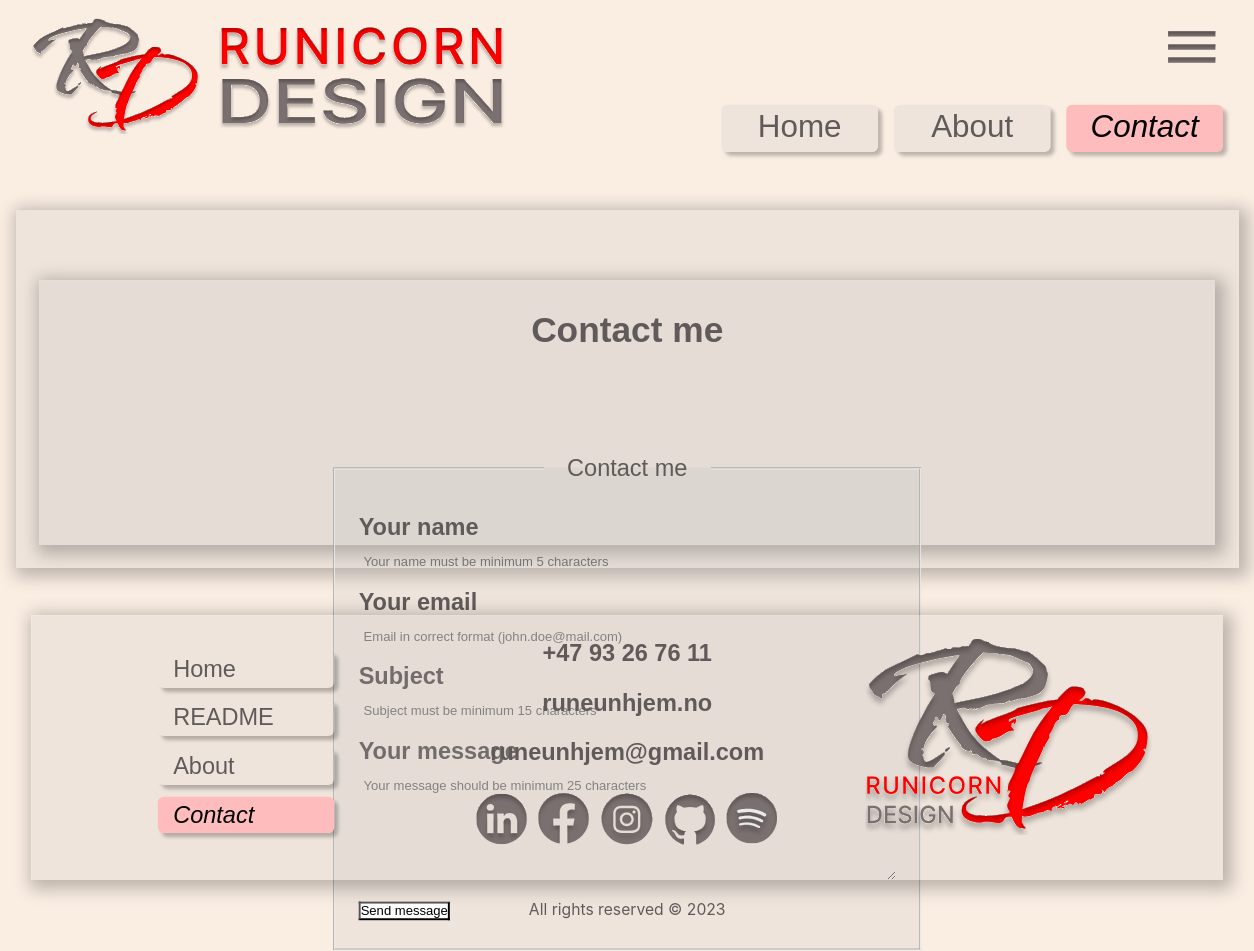
Repository: runeunhjem/portfolio1-ca
Page: contact.html
These files come from the project's save history. The page is drawn as it stood at one moment and after the next save; the edit follows.
The browser window is 1280 px wide. The pictures show the whole page, at 98% of full size.
Some web fonts or font styles are not loaded; a fallback is used. The style sheet was rebuilt from its Sass, Less or Tailwind sources for each picture, by a compiler version that may differ from the author's.

Above is the page before, as saved 2023-06-08 06:11:54.

### contact.html
<!DOCTYPE html>
<html lang="en">
<head>
  <meta charset="UTF-8">
  <meta http-equiv="X-UA-Compatible" content="IE=edge">
  <meta name="viewport" content="width=device-width, initial-scale=1.0">
  <meta name="keywords" content="Works, Projects, Overviev, About me, Rune Unhjem, Runicorn Design, Front End Developer">
  <meta name="description" content="Portfolio 1, Course Assignment, Contact informationm, Contact Rune Unhjem">
  <link rel="stylesheet" href="css/styles.css">
  <!-- <link rel="stylesheet" href="css/carousel.css"> -->
  <link rel="stylesheet" href="css/contact.css">
  <link rel="stylesheet" href="css/footer.css">
  <link rel="stylesheet" href="css/media-queries.css">
  <link rel="shortcut icon" href="favicon.ico" type="image/x-icon">
  <script src="js/script.js" defer></script>
  <script src="js/contact.js" type="module"></script>
  <title>Portfolio 1 - Contact Me</title>
</head>
<body class="flex-column">
  <header class="header flex">
    <a class="header-left flex" href="index.html">
    <div class="flex">
        <span class="out-of-view">Runicorn Design</span>
      </div>
    </a>
    <div class="header-right flex-column">
      <nav class="hamburger flex"></nav>
      <nav class="navbar flex">
        <button class="nav-button">Home</button>
        <button class="nav-button">About</button>
        <button class="nav-button active">Contact</button>
      </nav>
    </div>
  </header>
  <main class="contact flex-column">
    <section class="intro flex contact-form">
      <h1 class="flex header">Contact me</h1>
      <!-- [contact-form-7 id="158" title="Chef's Teable Contact Form"] -->
      <fieldset class="contact-fieldset flex-column">
        <legend class="contact-legend">Contact me</legend>
        <form class="contact-form" id="contact-form" method="post">
          <div class="form-label-error">
            <div class="label-error-wrapper">
              <label for="your-name">Your name</label>
              <div class="error-message" id="name-input-error">Your name must be minimum 5 characters</div>
            </div>
            <input type="text" id="your-name" name="your-name" aria-required="true" aria-label="Name" placeholder="Your name must be minimum 5 characters">
          </div>
          <div class="form-label-error">
            <div class="label-error-wrapper">
              <label for="your-email">Your email</label>
              <div class="error-message" id="email-input-error">Email must be in correct format</div>
            </div>
            <input type="email" id="your-email" name="your-email" aria-required="true" aria-label="Correctly formatted Email" placeholder="Email in correct format (john.doe@mail.com)">
          </div>
          <div class="form-label-error">
            <div class="label-error-wrapper">
              <label for="your-subject">Subject</label>
              <div class="error-message" id="subject-input-error">Subject must be minimum 15 characters</div>
            </div>
            <input type="text" id="your-subject" name="your-subject" aria-required="true" aria-label="Subject" placeholder="Subject must be minimum 15 characters">
          </div>
          <div class="form-label-error">
            <div class="label-error-wrapper">
              <label for="your-message">Your message</label>
              <div class="error-message" id="message-input-error">Message must be minimum 25 characters</div>
            </div>
            <textarea id="your-message" name="your-message" aria-required="true" aria-label="Your message should be minimum 25 characters" placeholder="Your message should be minimum 25 characters"></textarea>
          </div>
          <button type="submit" class="post-comment" id="send-message" name="Submit">Send message</button>
          <div class="success comment-posted" id="message-sent"></div>
        </form>
      </fieldset>
    </section>

  </main>
  <footer class="footer-container flex" id="footer-container">
    <div class="footer-left flex-column">
      <nav class="footer-nav" aria-label="Footer navigation">
        <ul class="footer-links">
          <li class=" menu-item flex">
            <a class="link-reset" href="index.html">Home</a>
          </li>
          <li class=" menu-item flex">
            <a class="link-reset" href="https://github.com/runeunhjem/portfolio1-ca/blob/main/README.md">README</a>
          </li>
          <li class=" menu-item flex">
            <a class="link-reset" href="about.html">About</a>
          </li>
          <li class=" menu-item flex">
            <a class="link-reset active" href="contact.html">Contact</a>
          </li>
        </ul>
      </nav>
    </div>
    <div class="footer-center flex-column">
      <p id="phone"><a class="phone link-reset" href="tel:+4793267611">+47 93 26 76 11</a></p>
      <p id="weblink"><a class="weblink link-reset" href="https://www.runeunhjem.no">runeunhjem.no</a></p>
      <p id="mail"><a class="mail link-reset" href="mailto:runeunhjem@gmail.com">runeunhjem@gmail.com</a></p>
      <div class="social flex">
        <a class="link-reset" href="https://www.linkedin.com/in/runeunhjem/" target="_blank">
          <span class="out-of-view">LinkedIn</span>
          <img class="social-icon linkedin-icon" src="images/ico-linkedin.svg" alt="LinkedIn">
        </a>
        <a class="link-reset" href="https://www.facebook.com/runeunhjem" target="_blank">
          <span class="out-of-view">Facebook</span>
          <img class="social-icon facebook-icon" src="images/ico-facebook.svg" alt="Facebook">
        </a>
        <a class="link-reset" href="https://www.instagram.com/runeunhjem/" target="_blank">
          <span class="out-of-view">Instagram</span>
          <img class="social-icon instagram-icon" src="images/ico-instagram.svg" alt="Instagram">
        </a>
        <a class="link-reset" href="https://www.github.com/runeunhjem/" target="_blank">
          <span class="out-of-view">GitHub</span>
          <img class="social-icon github-icon" src="images/ico-github.svg" alt="GitHub">
        </a>
        <a class="link-reset" href="https://open.spotify.com/artist/56ZSG2Q1JKydX5X9rTZxrq?si=787xAZCQT2yu8PKN5Dhopw" target="_blank">
          <span class="out-of-view">Spotify</span>
          <img class="social-icon spotify-icon" src="images/ico-spotify.svg" alt="Spotify">
        </a>
      </div>
    </div>
    <div class="footer-right flex">
      <a  class="footer-logo" href="index.html" aria-label="Home">
        <span class="out-of-view">Home</span>
      </a>
    </div>
  </footer>
  <div class="copyright flex">
    <p class="copyright flex">All rights reserved © 2023</p>
  </div>
  <div class="fly-in-menu flex" role="navigation" aria-label="Flyin-menu">
    <ol class="menu-list">
      <li class="fly-in-item flex">Home</li>
      <li class="fly-in-item flex">About</li>
      <li class="fly-in-item flex active">Contact</li>
      <li class="flex project-list-item">
        <span class="project-toggle">Relevant projects</span>
        <ol class="project-list flex">
          <li class="fly-in-item flex">Visit Game Hub</li>
          <li class="fly-in-item flex">Visit CMS</li>
          <li class="fly-in-item flex">Visit Chef's Table</li>
        </ol>
      </li>
      <li class="flex project-list-item">
        <span class="other-project-toggle">Other projects</span>
        <ol class="other-project-list flex">
          <li class="fly-in-item flex">My album on Spotify</li>
          <li class="fly-in-item flex">This is my TV</li>
          <li class="fly-in-item flex">IMDB API search</li>
        </ol>
      </li>
      <li class="fly-in-item flex">Portfolio README</li>
    </ol>
  </div>
</body>
</html>

### css/contact.scss

.contact {
  align-items: center;
  width: 100%;
  max-width: none;
  height: auto;
}

.contact-fieldset {
  background-color: var(--color-bg-intro);
  max-width: 600px;
  width: 100%;
  padding: 1em;
}
.contact-legend {
  text-align: center;
  padding: 0 1em;
}
.contact-form {
  width: 100%;
}
.form-label-error {
  display: flex;
  flex-direction: column;
  margin-bottom: 10px;
  align-items: flex-start;
}

.contact-form label {
  font-weight: bold;
  margin-bottom: 5px;
  color: var(--color-gold);
  // width: 100%;
}

.contact-form input,
.contact-form textarea {
  padding: 5px;
  border: var(--border-1px-black);
  border-radius: 4px;
  background-color: var(--color-burgundy-light);
  box-shadow: -1px -1px 1px 2px var(--color-black-90);
  width: 100%;
  font-family: var(--font-family-normal);
}
.contact-form input:hover,
.contact-form textarea:hover {
  box-shadow: 1px 1px 1px 2px var(--color-black-90);
}
.contact-form textarea {
  height: 109px;
}
.contact-form .error-message {
  display: none;
  color: var(--color-red);
  font-family: var(--font-family-normal);
  font-weight: bold;
  font-size: 0.8rem;
  margin-top: 0.5rem;
  padding: 2px;
  background-color: var(--color-white);
}
#cf7-form {
  display: flex;
  flex-direction: column;
  min-width: 300px;

  max-width: 600px;
  margin: 0 auto;
  padding: 20px;
  background-color: var(--color-burgundy);
  border-radius: 6px;
  border: var(--border-2px-gold);
}

#cf7-form input,
#cf7-form textarea {
  margin-bottom: 10px;
  padding: 10px;
  border: var(--border-1px-gold);
  border-radius: var(--border-radius-6px);
  background-color: var(--color-burgundy-light);
}

#cf7-form textarea {
  height: 120px;
}

#cf7-form input[type="submit"] {
  background-color: var(--color-gold);
  color: white;
  cursor: pointer;
}

#cf7-form input[type="submit"]:hover {
  background-color: #45a049;
}

.label-error-wrapper {
  display: flex;
  flex-wrap: nowrap;
  justify-content: flex-start;
  align-items: center;
  flex-direction: row;
  margin: 0;
  width: 100%;
  text-align: left;
  .error-message {
    margin-left: 1em;
    margin-bottom: 10px;
    border-radius: var(--border-radius-6px);
    padding: 4px 1em;
  }
}

### css/footer.scss
.footer-container {
  color: var(--color-text-dark);
  background-color: var(--color-bg-intro);
  flex-wrap: wrap;
}
.footer-left, .footer-center, .footer-right {
  flex: 1;
  max-width: 33.33%;
  width: 100%;
  height: 100%;
  justify-content: flex-start;
  font-weight: 500;
}
.footer-left {
  justify-content: flex-start;
  padding: 0;
}
.footer-links {
  ul {
    gap: 0.5em;
  }
  li {
    min-width: 180px;
    width: 180px;
    margin: 0.5em;
    box-shadow: var(--box-shadow-buttons);
    border-radius: var(--border-radius-6px);
    &:hover {
      cursor: pointer;
      border-radius: var(--border-radius-6px);
      // color: var(--color-black);
      border-radius: var(--border-radius-6px);
      box-shadow: inset 2px 2px 5px rgba(0, 0, 0, 0.25);
      color: var(--color-black);
      background-color: var(--color-white);
    }
    // .active {
      //   background-color: var(--color-bg-intro);
      //   box-shadow: var(--box-shadow-buttons);
      //   border-radius: var(--border-radius-6px);
      //   border: none;
      //   // transition: all 0.1s ease-in-out;
      //   &:hover{
        //     // background-color: var(--color-white);
        //     box-shadow: 0px 0px 0px 0px transparent;
        //   }
        // }
        a {
          border-radius: var(--border-radius-6px);
          min-width: 180px;
          padding: 0.3rem 0rem 0.3rem 1rem;
    }
  }
}
.footer-center {
  justify-content: space-between;
  p {
    text-align: center;
    width: 100%;
    a {
      min-width: 300px;
      max-width: 100%;
    }
  }
}
.footer-center {
  gap: 0.4em;
  p {
    &:hover {
      box-shadow: var(--box-shadow-buttons);
      border-radius: var(--border-radius-6px);
      color: var(--color-red);
      width: 300px;
    }
  }
}
#phone, #mail, #weblink {
  display: flex;
  justify-content: center;
  align-items: center;
  text-align: center;
  width: 300px;
  font-weight: 600;
  font-size: 1.5rem;
  // width: 100vw;
}
.social {
  flex-wrap: nowrap;
}

.social-icon img {
  width: 64px;
  height: 64px;
}

.linkedin-icon:hover {
  content: url(../images/ico-linkedin-red.svg);
}
.facebook-icon:hover {
  content: url(../images/ico-facebook-red.svg);
}
.instagram-icon:hover {
  content: url(../images/ico-instagram-red.svg);
}
.github-icon:hover {
  content: url(../images/ico-github-red.svg);
}
.spotify-icon:hover {
  content: url(../images/ico-spotify-red.svg);
}

.footer-logo {
  display: flex;
  justify-content: center;
  height:90%;
  width: 100%;
  background-image: url(../images/logo-footer-rd-with-text.svg);
  background-repeat: no-repeat;
  background-size: contain;
  background-position: center center;
}

.copyright {
  width: 100%;
  justify-content: center;
  align-items: flex-end;
  height: 40px;
  font-size: 1rem;
  color: var(--color-text-dark);
}

### css/media-queries.scss
@media (max-width: 2000px) {
  .fly-in-menu {
    right: 7.7vw;
  }
}
@media (max-width: 1600px) {
  .fly-in-menu {
    right: 4.5vw;
  }
 .header, .intro, .footer-container, .projects-container {
    max-width: 95vw;
    justify-content: center;
  }
}

@media (max-width: 1300px) {
  .fly-in-menu {
    right: 3vw;
  }
  .projects-carousel {
    width: 100vw;
  }
  .project-container, .projects-carousel {
    margin-bottom: 0.2em;
    max-width: 100%;
  }
}
@media (max-width: 1200px) {
  .intro {
    width: 100vw;
    overflow-x: hidden;
    height: 280px;
  }
}

@media (max-width: 1080px) {
  .tablet-wide {
    display: none;
  }
  .arrow-big {
    height: 32px;
  }
  #footer-container {
    flex-direction: column;
    height: auto;
    align-items: center;
    gap: 1.5em;
    width: 100vw;
    .footer-logo {
      height: 100px;
    }
  }
}

@media (max-width: 768px) {
  .tablet {
    display: none;
  }
  .intro {
    margin-top: 1.2em;
  }
  .intro-left {
    width: 35%;
  }
  .intro-right {
    width: 65%;
    padding-left: 10px;
    font-size: 1.4rem;
  }
  .footer-container {
    width: 100vw;
  }
  #phone, #mail, #weblink {
    width: 100vw;
  }

  .project-description {
    height: 150px;
  }
  .profile-pic {
    width: 40%;
  }
}

@media (max-width: 600px) {
  .project-description {
    font-size: 0.9rem;
    height: 80px;
  }
  .header-left {
    background-image: url(../images/logo-footer-rd-with-text.svg);
  }
  .navbar {
    display: none;
  }
  .intro {
    height: 230px;
  }
  .intro-left {
    width: 30%;
  }
  .intro-right {
    width: 70%;
    padding-left: 15px;
    font-size: 1.2rem;
  }
  .about-me-header {
    font-size: 3.5rem;
  }
}
@media (max-width: 500px) {
  .project-description {
    // font-size: 0.9rem;
    height: 100px;
  }
  .footer-center {
    max-width: 100%;
  }
  .social {
    gap: 0.5em;
    margin-top: 0.3em;
  }
  .social-icon {
    height: 50px;
    width: 50px;
  }
  .footer-logo {
    height: 150px;
    height: 200px;
  }
  .heading {
    font-size: 2.35rem;
  }
  .project-title {
  font-size: 2rem;
}
  .project-tagline {
    font-size: 1.3rem;
    height: 24px;
  }
  .image-counter {
    height: 50px;
  }
}

@media (max-width: 450px) {
  body {
    overflow-x: hidden;
  }
  .button-container {
    gap: 0.5em;
  }
  .projects-btn {
    padding: 6px 10px;
  }
  .intro {
    margin-top: 0;
  }
  .intro-left {
    width: 40%;
  }
  .intro-right {
    width: 60%;
    padding-left: 12px;
    font-size: 0.9rem;
  }
  .carousel-item {
    margin: 0.2em auto;
  }

  .read-about-me {
    font-size: 0.8rem;
  }
  .arrow-big {
    height: 24px;
  }
  .social {
    max-width: 100%;
    justify-content: center;
  }
}

@media (max-width: 400px) {
  .header {
    height: 120px;
  }
  .intro-right {
    font-size: 0.8rem;
  }
  .read-about-me {
    font-size: 0.65rem;
  }
  .about-me-header {
    font-size: 2rem;
  }
}

@media (max-width: 360px) {
  .header {
    height: 100px;
  }
  .read-about-me {
    font-size: 0.6rem;
  }
  .intro {
    height: 200px;
  }
}

Loaded but not shown: js/validate-contact-form.js (133 lines, source omitted); js/script.js (123 lines, source omitted); js/contact.js (47 lines, source omitted); css/styles.scss (355 lines, source omitted)

After the next save:
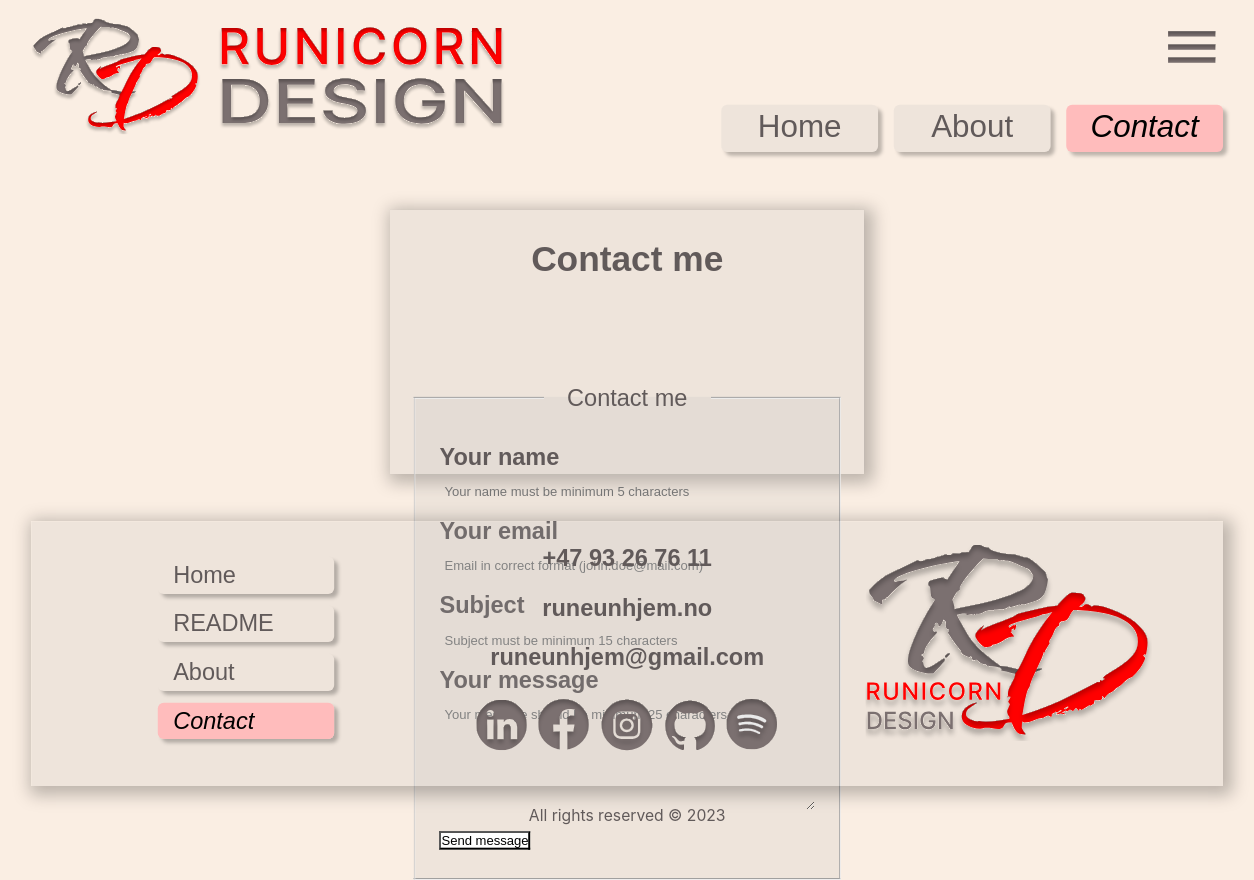
Saved 24 s later.
--- a/contact.html
+++ b/contact.html
@@ -32,7 +32,7 @@
       </nav>
     </div>
   </header>
-  <main class="contact flex-column">
+  <main class="flex-column">
     <section class="intro flex contact-form">
       <h1 class="flex header">Contact me</h1>
       <!-- [contact-form-7 id="158" title="Chef's Teable Contact Form"] -->
